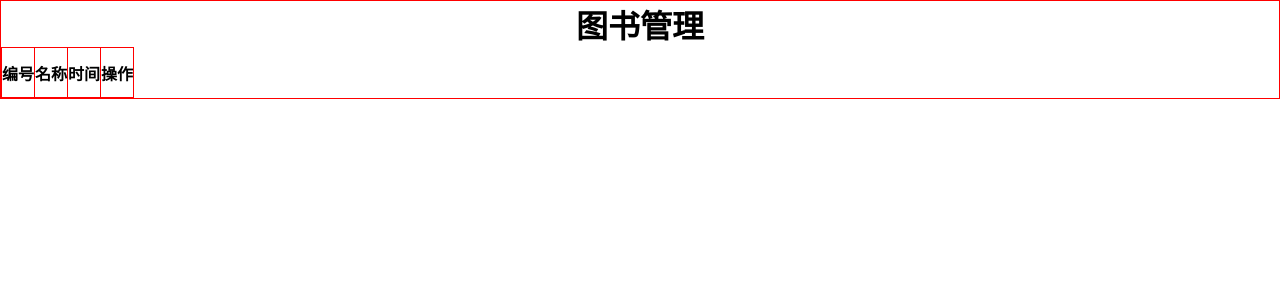
Repository: chenguocan/Vue_demo_1
Page: vue_demo_03/图书管理.html
The author's editor kept a copy of each file at every save. The page is drawn from the files as they stood at one save, then again after the next save.
The browser window is 1280 px wide. The pictures show the whole page.

Above is the page before, as saved 2020-07-21 16:00:08.

After the next save:
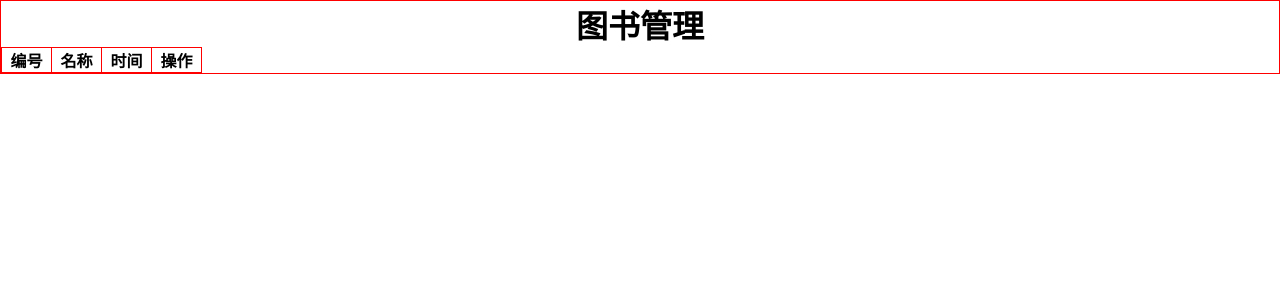
Saved 9 s later.
--- a/vue_demo_03/图书管理.html
+++ b/vue_demo_03/图书管理.html
@@ -18,7 +18,7 @@
         border-collapse: collapse;
       }
       th {
-        height: 50px;
+        width: 50px;
         border: 1px solid red;
         border-collapse: collapse;
       }
